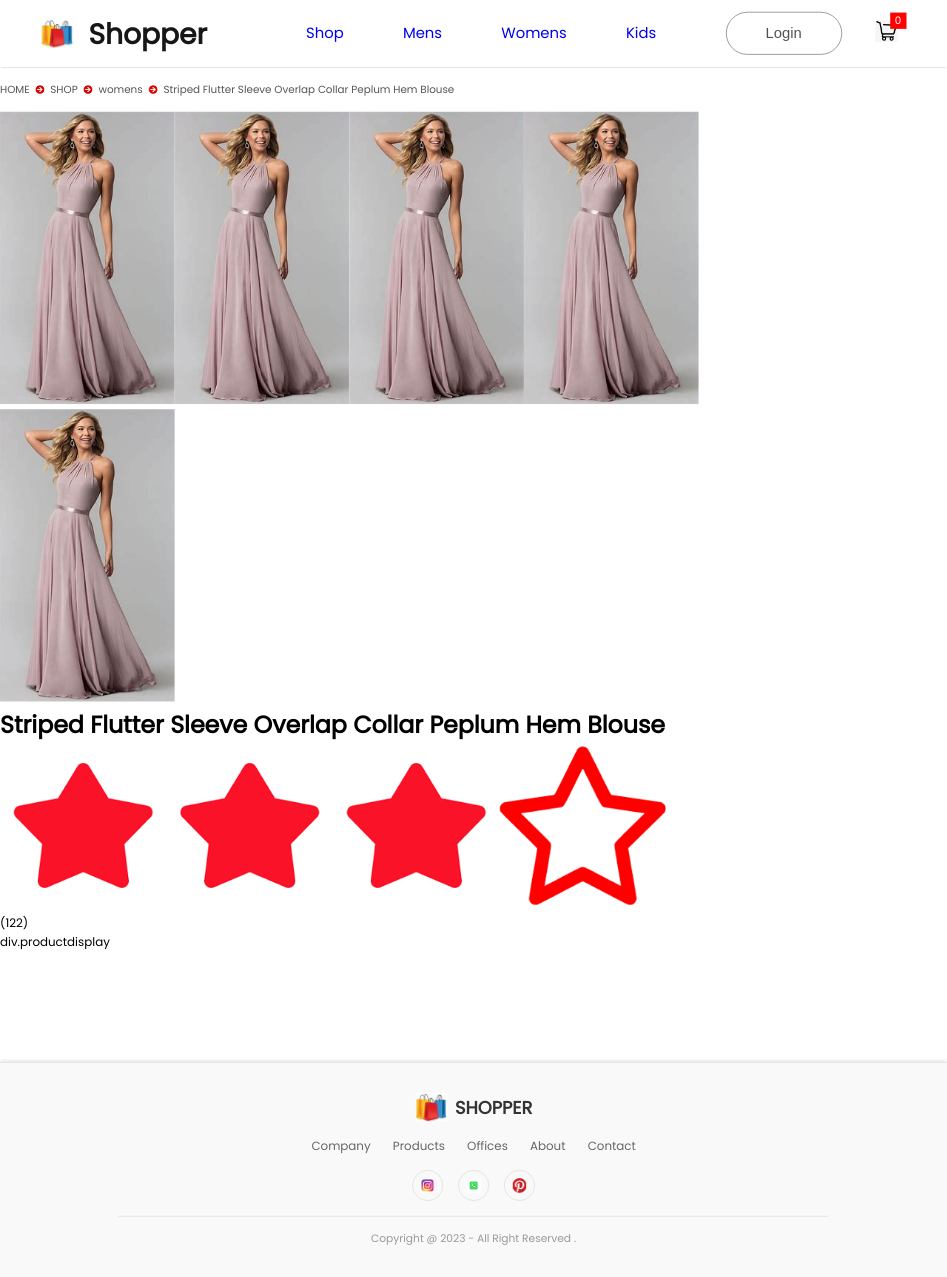
Repository: sshaiv/Shoppie_EcommerceAPP
Page: /product/1
An editor plug-in stored every save of this project. The page is shown before and after a run of saves, followed by the edit.
The browser window is 1280 px wide. The pictures show the whole page, at 74% of full size.
The project was rebuilt for these pictures with package versions that can differ from the ones it lists, and the page was loaded fresh each time. Also part of the build but not shown: src/App.css, src/Components/Pages/CSS/ShopCategory.css, src/Components/Item/Item.css, src/Components/Item/Item.jsx, src/Components/Pages/ShopCategory.jsx, src/Components/ProductDisplay/ProductDisplay.css, src/Components/Pages/Cart.jsx, src/Components/Pages/CSS/LoginSignup.css and 14 more.

Above is the page before, as saved 2024-07-16 21:50:05.

After the next 2 saves:
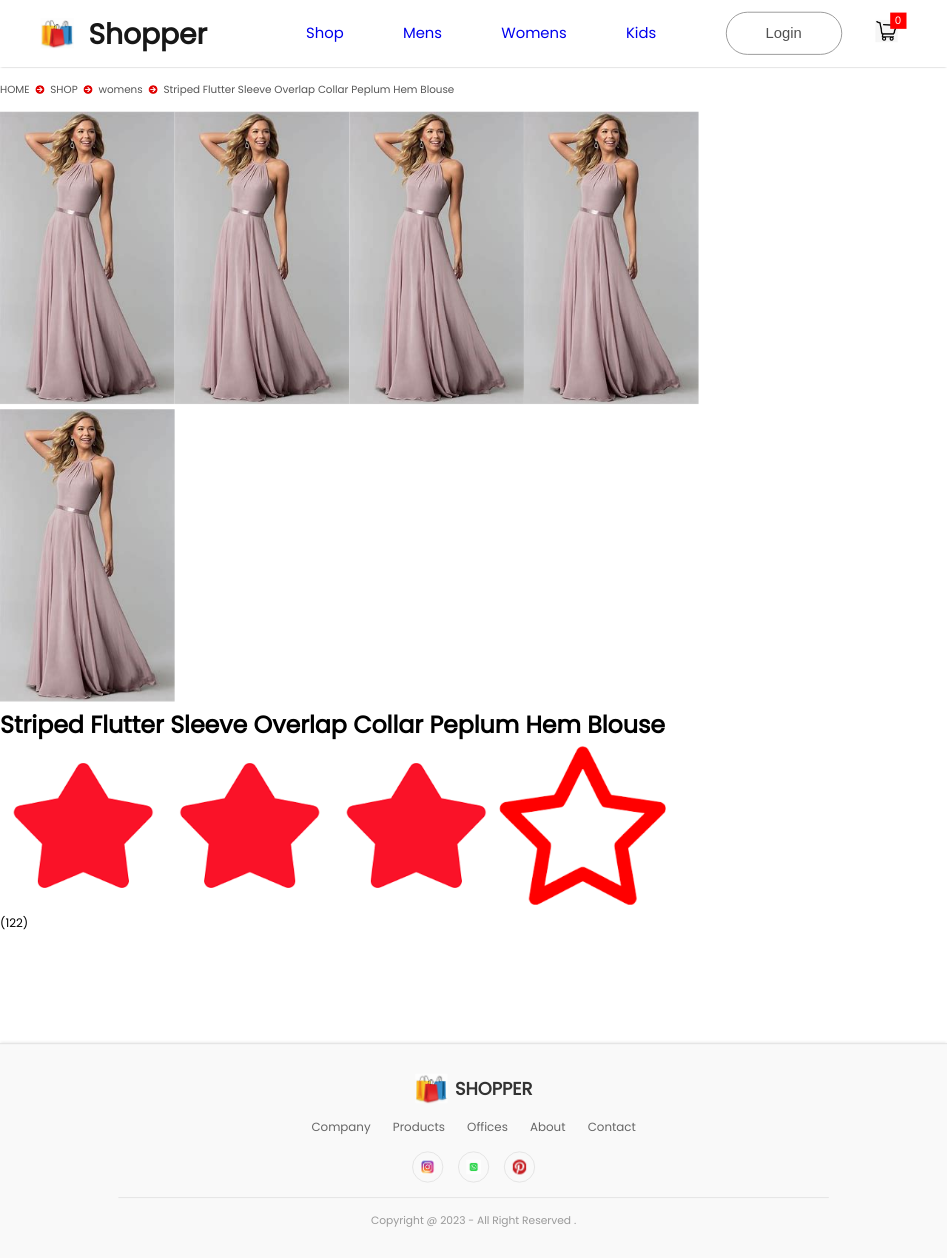
The 2 saves are shown as one change because they came seconds apart.
The last was saved 8 s later.
--- a/src/Components/ProductDisplay/ProductDisplay.jsx
+++ b/src/Components/ProductDisplay/ProductDisplay.jsx
@@ -28,7 +28,9 @@
        <p>(122)</p>
         </div>
         <div className="productdisplay-right-prices">
-            div.productdisplay
+            <div className="productdisplay-right-price-old">
+
+            </div>
         </div>
       </div>
     </div>

After the 2 saves that followed:
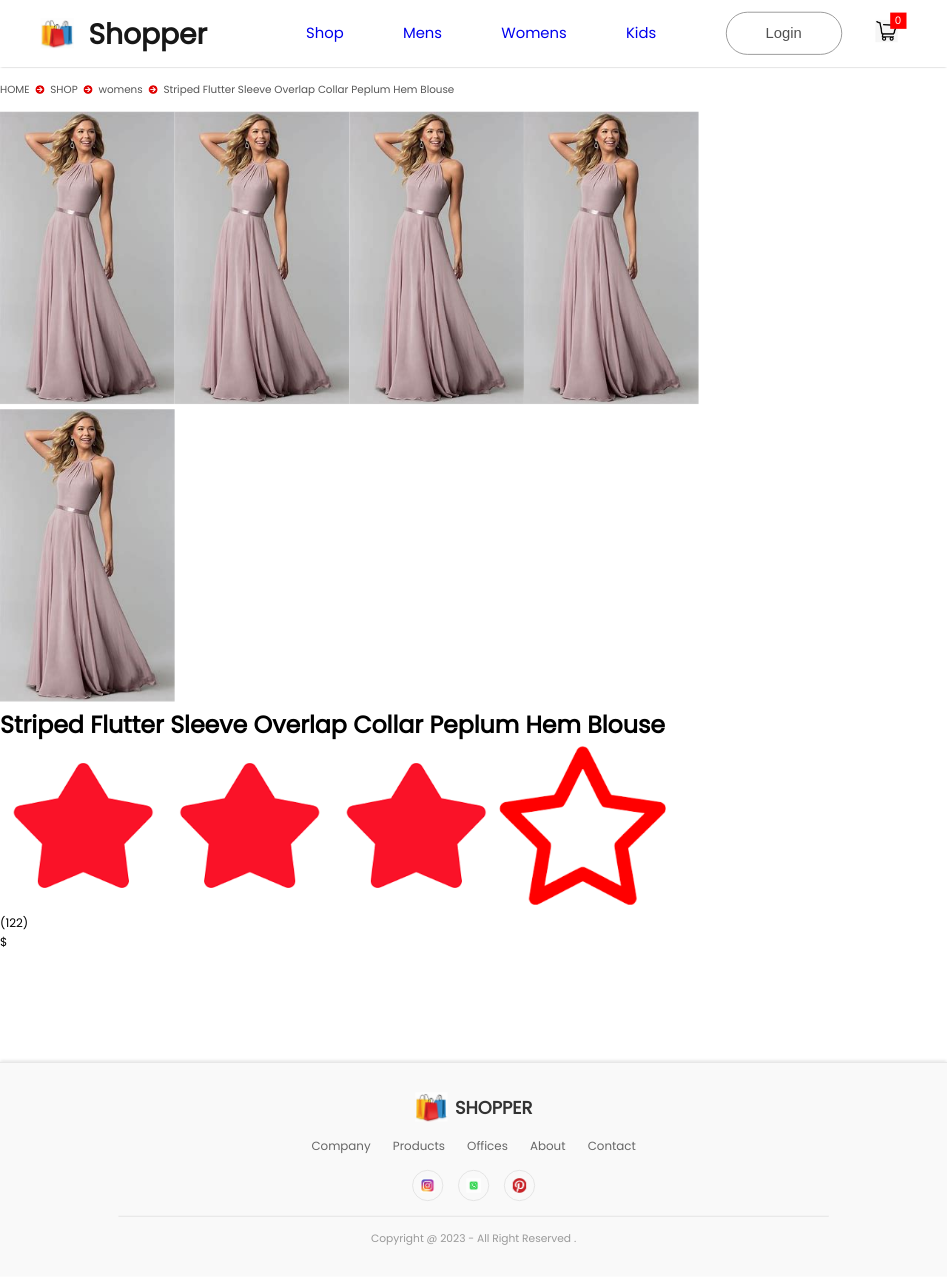
The 2 saves are shown as one change because they came seconds apart.
The last was saved 14 s later.
--- a/src/Components/ProductDisplay/ProductDisplay.jsx
+++ b/src/Components/ProductDisplay/ProductDisplay.jsx
@@ -29,7 +29,7 @@
         </div>
         <div className="productdisplay-right-prices">
             <div className="productdisplay-right-price-old">
-
+                ${}
             </div>
         </div>
       </div>
